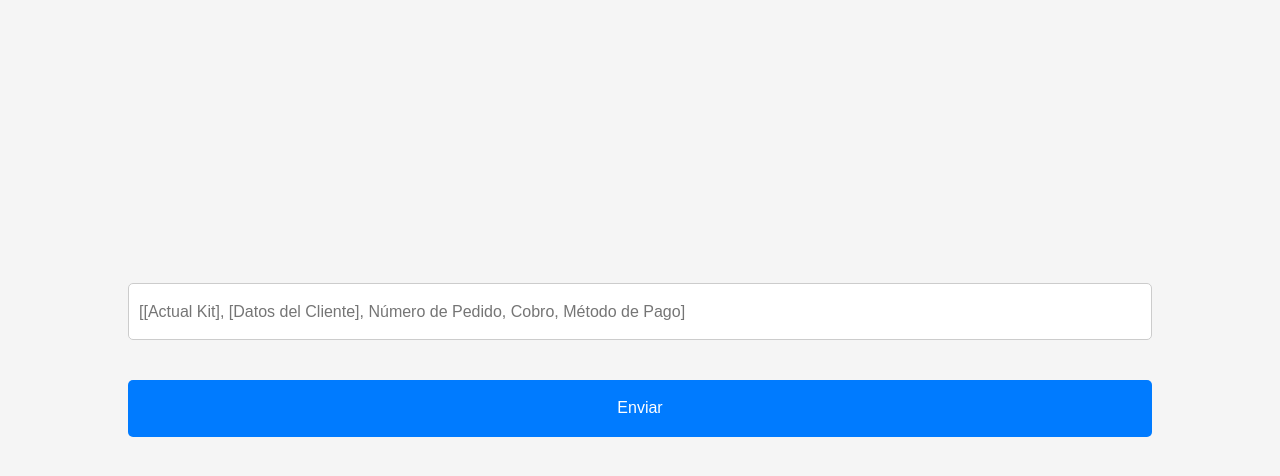
Repository: aCoupon0/intranet
Page: 1/venta-1.html
These files come from the project's save history. The page is drawn as it stood at one moment and after the next save; the edit follows.
The browser window is 1280 px wide. The pictures show the whole page.

Above is the page before, as saved 2024-11-29 12:05:12.

After the next save:
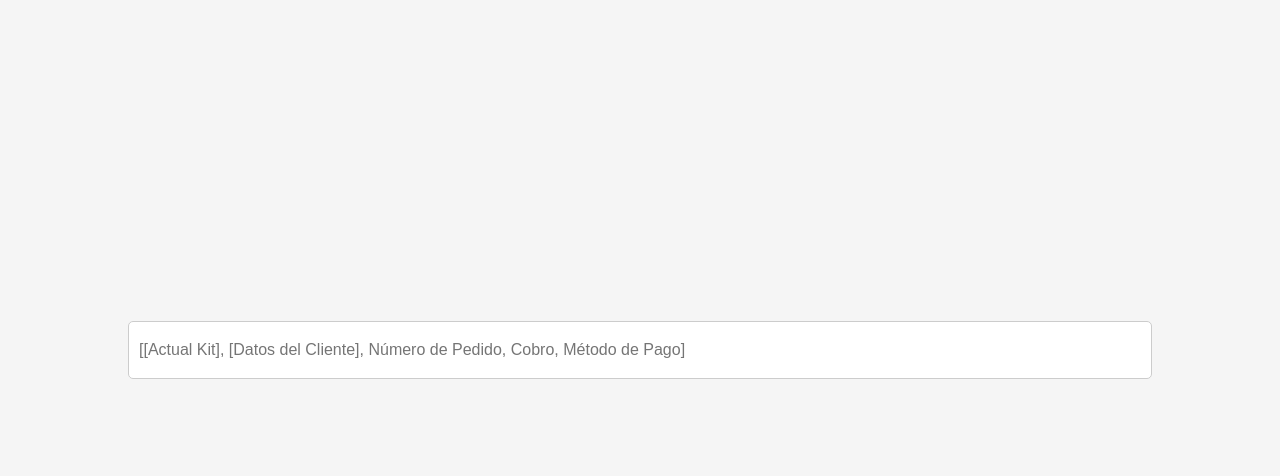
Saved 46 s later.
--- a/1/venta-1.html
+++ b/1/venta-1.html
@@ -13,7 +13,5 @@
         placeholder="[[Actual Kit], [Datos del Cliente], Número de Pedido, Cobro, Método de Pago]"
         class="input-texto">
 
-    <!-- Botón separado del input -->
-    <button class="boton-enviar">Enviar</button>
 </body>
 </html>
